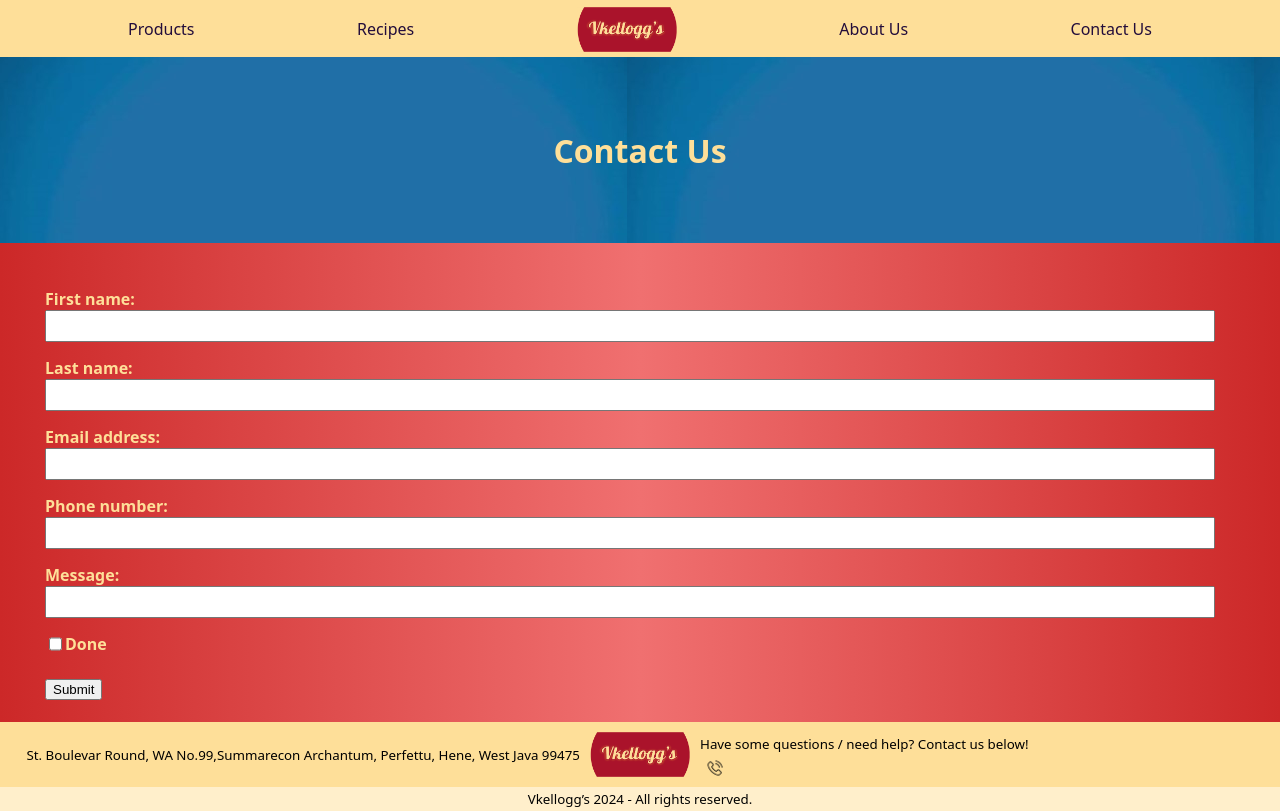
Repository: sugralld/VKelloggs
Page: Code and Assets/html/contactus.html
The author's editor kept a copy of each file at every save. The page is drawn from the files as they stood at one save, then again after the next save.
The browser window is 1280 px wide. The pictures show the whole page.

Above is the page before, as saved 2024-12-04 06:39:46.

### Code and Assets/html/contactus.html
<!DOCTYPE html>
<html lang="en">
<head>
    <meta charset="UTF-8">
    <meta name="viewport" content="width=device-width, initial-scale=1.0">
    <title>Contact Us | Vkellogg's</title>
    <link rel="stylesheet" href="../css/headerfooternavbar.css">
    <link rel="stylesheet" href="../css/contactus.css">
</head>
<body>
    <!-- header navigation -->
    <header>
        <nav>
            <div class="navbar-menu">
                <div><a class="navbar-link1" href="../html/products.html">Products</a></div>
                <div><a class="navbar-link2" href="../html/recipes.html">Recipes</a></div>
                <div class="navbar-link3"><a href="../html/homepage.html"><img src="../asset/Screenshot 2024-05-30 105858.png" width="100" height="45" alt=""></a></div>
                <div><a class="navbar-link4" href="../html/aboutus.html">About Us</a></div>
                <div><a class="navbar-link5" href="../html/contactus.html">Contact Us</a></div>
            </div>
        </nav>
    </header>

    <!-- Header Contact Us -->
    <div class="header">
        <h1>Contact Us</h1>
    </div>

    <!-- Form Contact Us -->
     <div class="form">
        <form action="" method = "post">
            <div class="formformat">
                <label for="firstname">First name: </label>
                <input type="text" name="firstname" id="firstname">
                <br>

                <label for="lastname">Last name: </label>
                <input type="text" name="lastname" id="lastname">
                <br>

                <label for="email">Email address: </label>
                <input type="text" name="email" id="email">
                <br>

                <label for="phonenum">Phone number: </label>
                <input type="text" name="phonenum" id="phonenum">
                <br>

                <label for="message">Message: </label>
                <input type="text" name="message" id="message">
                <br>

            </div>
            <div class="checkbox-container">
                <input type="checkbox" name="agreement" id="agreement">
                <label for="agreement">Done</label>
            </div>
            <br>
            <div class="button-container">
                <button type="button" onclick="validateData()">Submit</button>
            </div>
        </form>
        <script src="../js/contactus.js"></script>
     </div>

     <!-- Footer -->
    <footer class="footer">
        <div class="upperfooter">
            <div class="footert1"><p>St. Boulevar Round, WA No.99,Summarecon Archantum, Perfettu, Hene, West Java 99475</p></div>
            <div class="footert2"><img src="../asset/Screenshot 2024-05-30 105858.png" width="100" height="45" alt=""></div>
            <div class="footert3">
                <p class="footert4">Have some questions / need help? Contact us below!</p>
                <a href="../html/contactus.html"><img src="../asset/image-removebg-preview (27).png" width="30" height="auto" alt=""></a>
            </div>
        </div>
        <div class="lowerfooter">
            <p class="textlowerfooter">Vkellogg’s 2024  -  All rights reserved.
            </p>
        </div>
     </footer>

</body>
</html>

### Code and Assets/css/headerfooternavbar.css
body {
    margin: 0;
    font-family: system-ui;
}

.navbar-menu{
    display: flex;
    justify-content: space-between;
    align-items: center;
    padding: 0px 10%;
    background-color: #FEDF99;
}

a:hover{
    background-color: #F5F5F5;
    border-radius: 30px;
    color: #CC2828;
}

.navbar-link1,.navbar-link2,.navbar-link4,.navbar-link5{
    font-family: system-ui;
    font-weight: 500;
    text-decoration: none;
    color: #230D3B;
}

.navbar-link3{
    display: block;
    margin-top: 0.7%;
    margin-bottom: 0px;
}

.footer{
    position: bot;
}

.upperfooter{
    display: flex;
    background-color: #FEDF99;
    justify-content: center;
    align-items: center;
}

.footert1,.footert3{
    padding: 0px 10px;
    display: block;
    width: 1200px;
    font-size: smaller;
}

.footert1{
    text-align: right;
}

.footert3{
    text-align: left;
}

.footert2{
    margin-top: 4px;
}

.lowerfooter{
    background-color: #FFEFCB;
    padding: 0;
    margin: 0px;
}

.textlowerfooter{
    margin: 0;
    padding: 3px;
    font-size: smaller;
    text-align: center;
}

.footert4{
    margin-bottom: 0;
}

### Code and Assets/css/contactus.css
.header{
    background-image: url(../asset/copydesktop-wallpaper-kellogg-s-frosted-flakes-breakfast-cereal-original-33-5-oz-box.jpg);
    display: block;
    padding: 50px;
    text-align: center;
    color: #FEDF99;
}

.form{
    margin: 0 auto;
    background: linear-gradient(0.25turn,#CC2828,#F07070,#CC2828);
    padding: 45px;
    font-weight: bold;
    color: #FEDF99;
}

.formformat label{
    display: block;
}

.formformat input[type="text"]{
    width: calc(100% - 20px);
    max-width: 100%;
    margin: 0 auto 15px;
    padding: 5px;
    box-sizing: border-box;
    font-family: Arial, sans-serif;
    font-size: 16px;
}

.checkbox-container{
    display: flex;
}

.button-container{
   padding: 0;
   text-align: centers;
   position: absolute;
   left: 50;
 }

.button-container button{
   display: inline-block;
}

### Code and Assets/js/contactus.js
function wordLen(str) {
    const value = str.trim().split(/\s+/);
    return value.length;
}

function checkAlphaNum(password){
    var isAlpha = false;
    var isNum = false;
    for(let i=0; i<password.length; i++){
        if(isNaN(password[i])){
            isAlpha = true;
        }
        else{
            isNum = true;
        }

        if(isAlpha || isNum){
            return true;
        }
    }
    return false;
}


function validateData(){
    var firstname = document.getElementById("firstname");
    var lastname = document.getElementById("lastname");
    var email = document.getElementById("email");
    var phonenum = document.getElementById("phonenum");
    var message = document.getElementById("message");
    var agreement = document.getElementById("agreement");

    if(!checkAlphaNum(firstname.value)){
        alert("First name must be alphabet!");
    }
    else if(!checkAlphaNum(lastname.value)){
        alert("Last name must be alphabet!");
    }
    else if(!email.value.endsWith("@gmail.com")){
        alert("Email must end with '@gmail.com'!");
    }
    else if(!checkAlphaNum(phonenum.value)){
        alert("Phone number must be numeric!");
    }
    else if(wordLen(message.value)<5){
        alert("Message must be at least 5 words!");
    }
    else if(!agreement.checked){
        alert("'Done' checkbox must be checked!");
    }
    else{
        alert("Message Submitted.");
    }

}

After the next save:
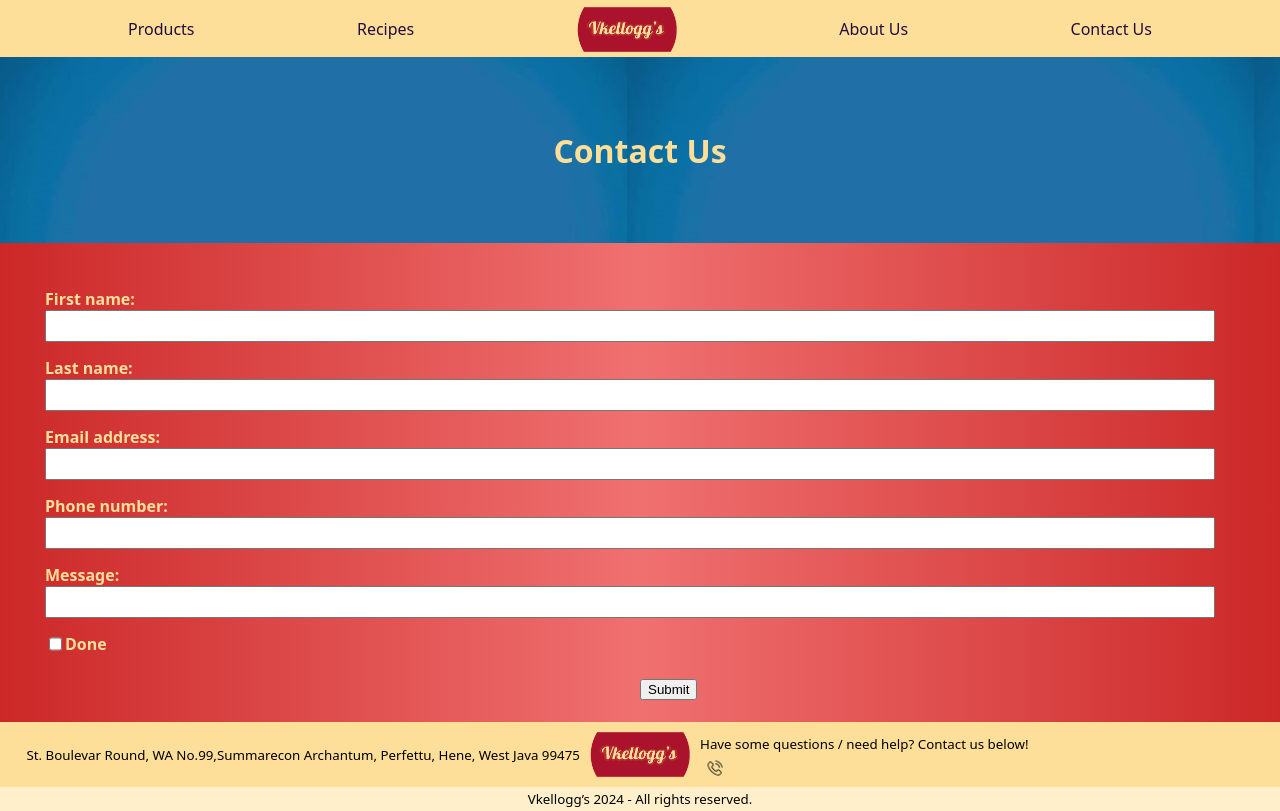
Saved 7 s later.
--- a/Code and Assets/css/contactus.css
+++ b/Code and Assets/css/contactus.css
@@ -36,7 +36,7 @@
    padding: 0;
    text-align: centers;
    position: absolute;
-   left: 50;
+   left: 50%;
  }
 
 .button-container button{
